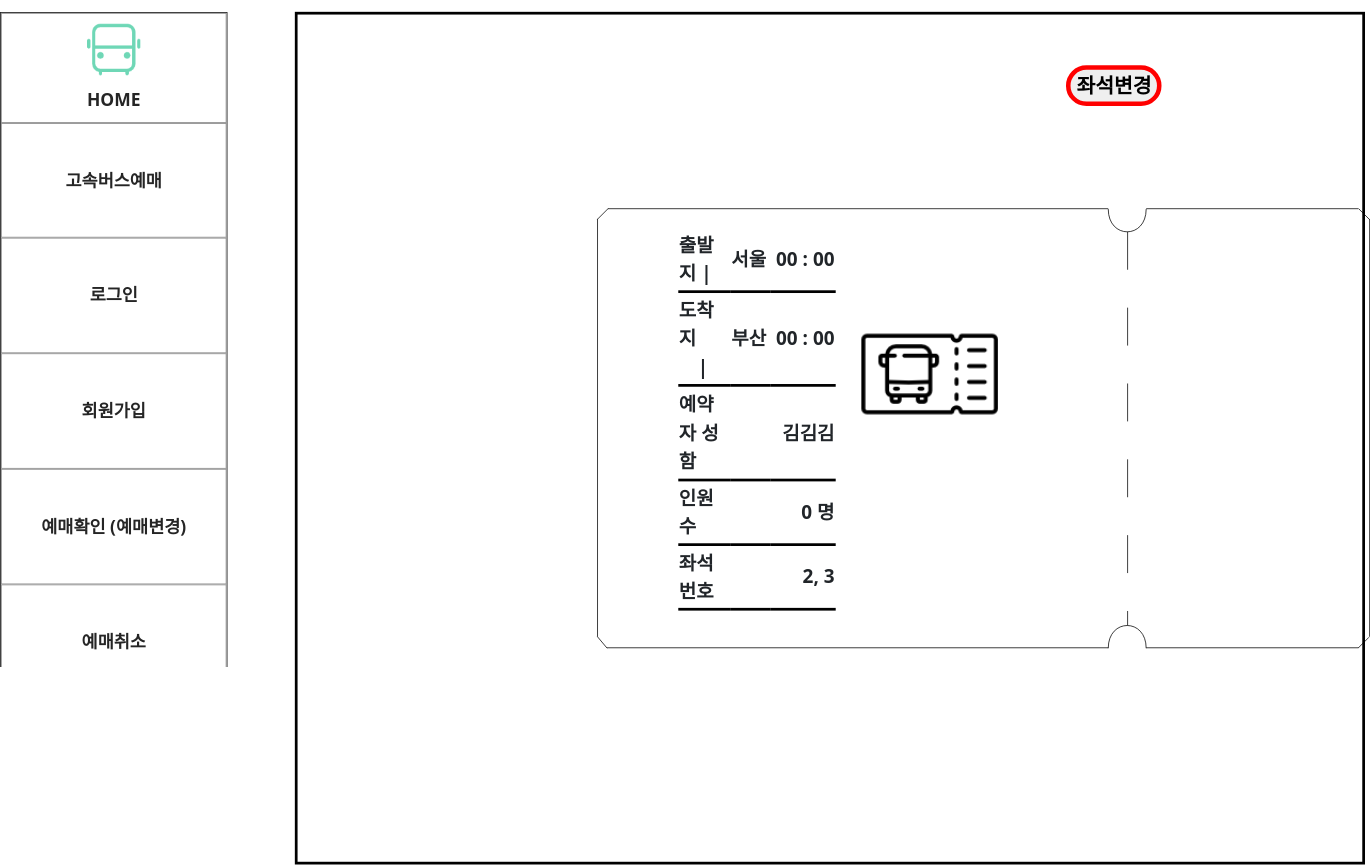
Repository: rudqhd79/spring_personal
Page: http://localhost/reservation/check
An editor plug-in stored every save of this project. The page is shown before and after the next save, followed by the edit.
The browser window is 1280 px wide. The page is 1505 px wide, so the pictures cover 1505 px, including what lies to the right of the window. The pictures show the whole page, at 91% of full size.
The page is this project's Thymeleaf template; nobody is signed in. The template is opened directly, without the code that normally fills it, so the values that code supplies are empty.

Above is the page before, as saved 2023-02-03 07:14:07.

### bus-reservation/src/main/resources/templates/reservation/check.html
<!DOCTYPE html>
<html xmlns:th="http://www.thymeleaf.org"
	xmlns:layout="http://www.ultraq.net.nz/thymeleaf/layout">
<link rel="stylesheet"
	href="//maxcdn.bootstrapcdn.com/bootstrap/latest/css/bootstrap.min.css">
<script src="//code.jquery.com/jquery.min.js"></script>
<script
	src="//maxcdn.bootstrapcdn.com/bootstrap/latest/js/bootstrap.min.js"></script>
<head>
<meta charset="UTF-8">
<title>main</title>
<!-- bootstrap css -->
<link
	href="https://cdn.jsdelivr.net/npm/bootstrap@5.3.0-alpha1/dist/css/bootstrap.min.css"
	rel="stylesheet"
	integrity="sha384-GLhlTQ8iRABdZLl6O3oVMWSktQOp6b7In1Zl3/Jr59b6EGGoI1aFkw7cmDA6j6gD"
	crossorigin="anonymous">
<link th:href="@{/css/all.css}" rel="stylesheet">
<!-- bootstrap js, popper -->
<script
	src="https://cdn.jsdelivr.net/npm/@popperjs/core@2.11.6/dist/umd/popper.min.js"
	integrity="sha384-oBqDVmMz9ATKxIep9tiCxS/Z9fNfEXiDAYTujMAeBAsjFuCZSmKbSSUnQlmh/jp3"
	crossorigin="anonymous"></script>
<script
	src="https://cdn.jsdelivr.net/npm/bootstrap@5.3.0-alpha1/dist/js/bootstrap.min.js"
	integrity="sha384-mQ93GR66B00ZXjt0YO5KlohRA5SY2XofN4zfuZxLkoj1gXtW8ANNCe9d5Y3eG5eD"
	crossorigin="anonymous"></script>
<!-- jquery  -->
<script src="https://code.jquery.com/jquery-3.6.3.min.js"
	integrity="sha256-pvPw+upLPUjgMXY0G+8O0xUf+/Im1MZjXxxgOcBQBXU="
	crossorigin="anonymous"></script>
<th:block layout:fragment="script"></th:block>
<th:block layout:fragment="css"></th:block>
</head>
<body>
	<div class="fragment-sidebar">
		<div th:replace="fragments/sidebar::sidebar"></div>
		<div class="base_angle" style="margin-top: 1vw">
			<form class="seat_form" th:action="@{seat}" method="get">
				<div class="check_child" style="position: relative;">
			 		<img src="/img/ticket_img.svg" style="width: 850px; height: 500px; position:absolute" />
					<div class="check_child">
						<table style="height: 420px; margin-top: 10px">
							<tr class="check_tr_three">
								<th class="check_th">출발지 |</th>
								<th class="check_th">서울</th>
								<th class="check_th">00 : 00</th>
							</tr>
							<tr class="check_tr_three">
								<th class="check_th">도착지 &emsp;|</th>
								<th class="check_th">부산</th>
								<th class="check_th">00 : 00</th>
							</tr>
							<tr class="check_tr_two">
								<th class="check_th">예약자 성함</th>
								<th class="check_th"></th>
								<th class="check_th">김김김</th>
							</tr>
							<tr class="check_tr_two">
								<th class="check_th">인원 수</th>
								<th class="check_th"></th>
								<th class="check_th">0 명</th>
							</tr>
							<tr class="check_tr_two">
								<th class="check_th">좌석번호</th>
								<th class="check_th"></th>
								<th class="check_th">2, 3</th>
							</tr>
						</table>
					</div>
					<div class="check_child">
						<img src="/img/bus_ticket.png" style="height: 150px; width: 150px" />
					</div>
				</div>
			 	<div>
			 		<p class="change_btn"><input type="submit" value="좌석변경" style="font-weight: bold; border: 5px solid red; border-radius: 30px;" /></p>
			 	</div>
			</form>
		</div>
	</div>
</body>
</html>

### bus-reservation/src/main/resources/templates/fragments/sidebar.html
<!DOCTYPE html>
<html xmlns:th="http://www.thymeleaf.org">
<head>
<meta charset="UTF-8">
<title>Insert title here</title>
<link rel="stylesheet"
	href="//maxcdn.bootstrapcdn.com/bootstrap/latest/css/bootstrap.min.css">
<script src="//code.jquery.com/jquery.min.js"></script>
<script
	src="//maxcdn.bootstrapcdn.com/bootstrap/latest/js/bootstrap.min.js"></script>
</head>
<body>
<!-- 사이드바 -->
	<div th:fragment="sidebar" class="sidebar-total">
		<div id="page-wrapper">
			<div id="sidebar-wrapper">
				<ul class="sidebar-nav">
					<li class="sidebar-main">
						<a href="/">
						<img src="/img/bus_icon.png" style="width:60px; height: 60px; margin-top: 10px;">
							<p class="home">HOME</p>
						</a>
					</li>
					<li class="sidebar-main sidebar-nav_li"><a href="/">고속버스예매</a></li>
					<li class="sidebar-main sidebar-nav_li"><a href="login">로그인</a></li>
					<li class="sidebar-main sidebar-nav_li"><a href="join">회원가입</a></li>
					<li class="sidebar-main sidebar-nav_li"><a href="check">예매확인 (예매변경)</a></li>
					<li class="sidebar-main sidebar-nav_li"><a href="cancel">예매취소</a></li>
					<li class="sidebar-main sidebar-nav_li"><a href="edit">수정 (관리자 전용)</a></li>
				</ul>
			</div>
		</div>
	</div>
<!-- /사이드바 -->
</body>
</html>

### bus-reservation/src/main/resources/static/img/ticket_img.svg
<svg width="1020" height="581" viewBox="0 0 1020 581" fill="none" xmlns="http://www.w3.org/2000/svg">
<path d="M675 0.999998C675 41 725 41 725 1" stroke="black"/>
<line x1="700.5" y1="31" x2="700.5" y2="550" stroke="black" stroke-dasharray="50 50"/>
<line x1="1.5" y1="14" x2="1.5" y2="565" stroke="black"/>
<line x1="1019.5" y1="14" x2="1019.5" y2="565" stroke="black"/>
<path d="M725 580.125C725 540.125 675 540.125 675 580.125" stroke="black"/>
<line x1="15" y1="0.5" x2="675" y2="0.5" stroke="black"/>
<line x1="1005" y1="579.5" x2="725" y2="579.5" stroke="black"/>
<line x1="725" y1="0.5" x2="1005" y2="0.5" stroke="black"/>
<line x1="675" y1="579.5" x2="14" y2="579.5" stroke="black"/>
<line x1="1005.35" y1="0.646447" x2="1019.5" y2="14.7886" stroke="black"/>
<line x1="14.1319" y1="580.039" x2="1.26456" y2="564.728" stroke="black"/>
<line x1="15.4956" y1="0.353553" x2="1.35351" y2="14.4957" stroke="black"/>
<line x1="1004.65" y1="579.789" x2="1018.79" y2="565.646" stroke="black"/>
</svg>

Loaded but not shown: bus-reservation/src/main/resources/static/css/all.css (library)

After the next save:
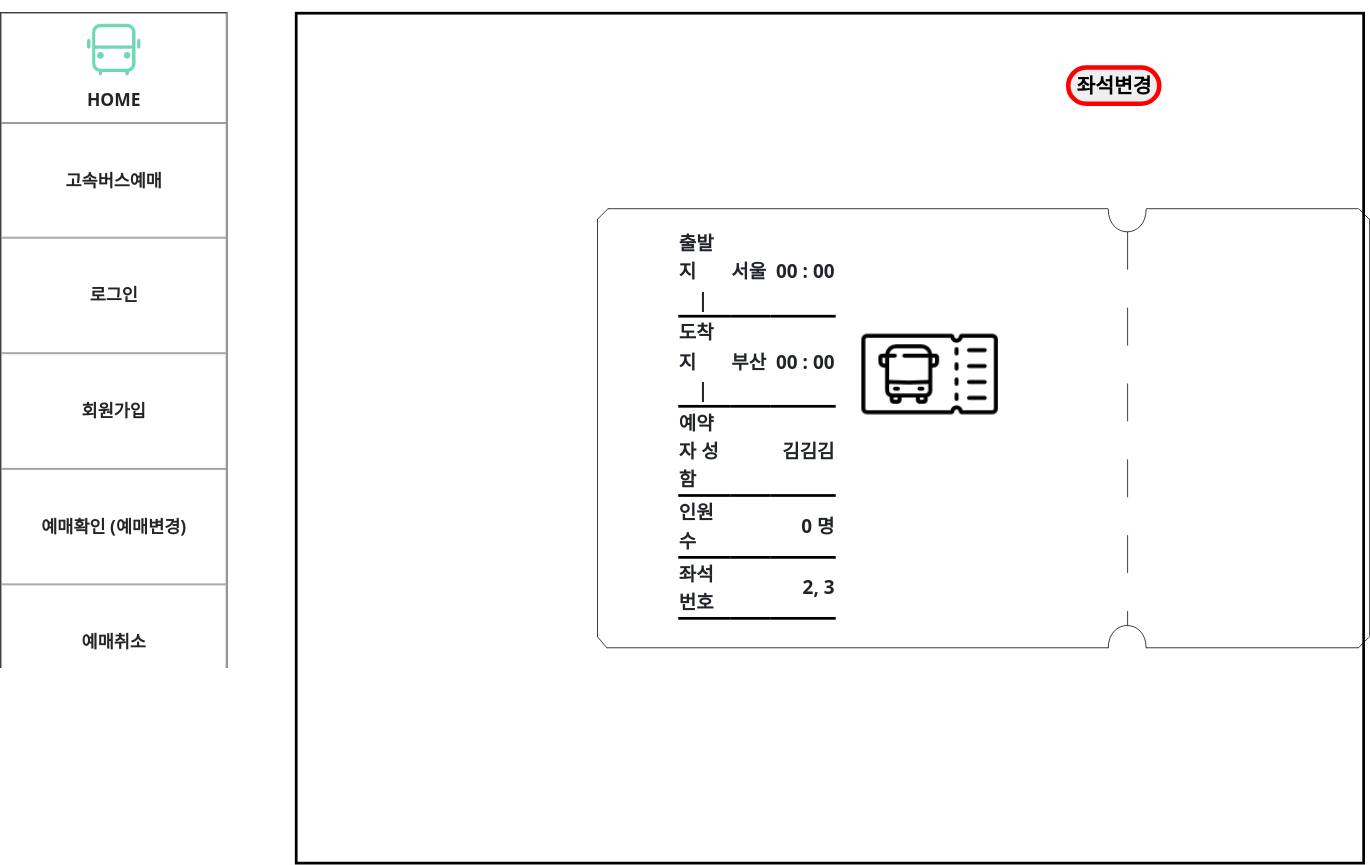
Saved 11 s later.
--- a/bus-reservation/src/main/resources/templates/reservation/check.html
+++ b/bus-reservation/src/main/resources/templates/reservation/check.html
@@ -42,7 +42,7 @@
 					<div class="check_child">
 						<table style="height: 420px; margin-top: 10px">
 							<tr class="check_tr_three">
-								<th class="check_th">출발지 |</th>
+								<th class="check_th">출발지 &emsp;|</th>
 								<th class="check_th">서울</th>
 								<th class="check_th">00 : 00</th>
 							</tr>
